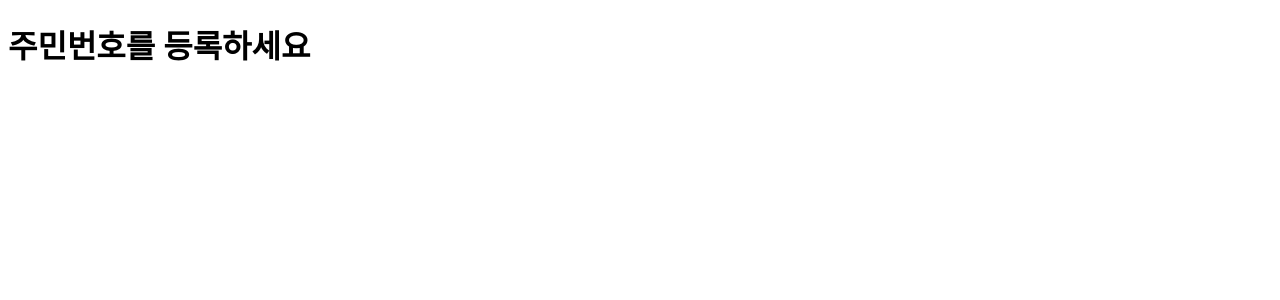
Repository: Jamikidu/newJsp
Page: http://localhost/jspProj/redirectExam/input.jsp
The author's editor kept a copy of each file at every save. The page is drawn from the files as they stood at one save, then again after the next save.
The browser window is 1280 px wide. The pictures show the whole page.
The page is served by Tomcat 9.

Above is the page before, as saved 2023-08-02 02:07:44.

After the next save:
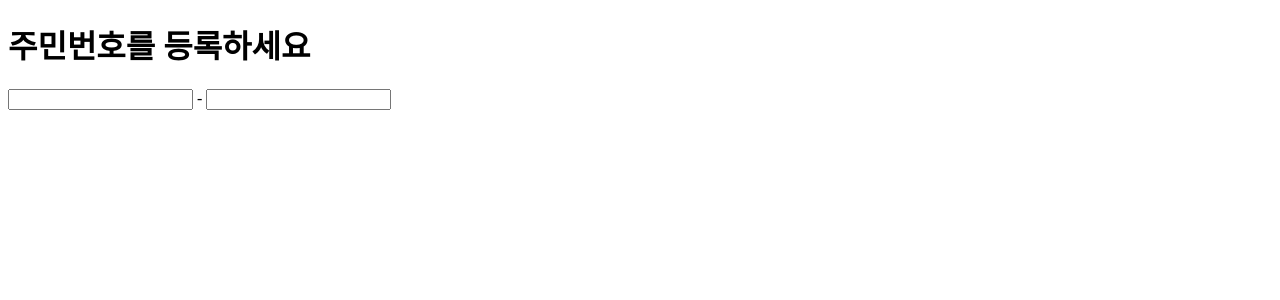
Saved 43 s later.
--- a/jspProj/src/main/webapp/redirectExam/input.jsp
+++ b/jspProj/src/main/webapp/redirectExam/input.jsp
@@ -8,5 +8,6 @@
 </head>
 <body>
 <h1>주민번호를 등록하세요</h1>
+<input type="text" name="front"> - <input type="text" name="back">
 </body>
 </html>
